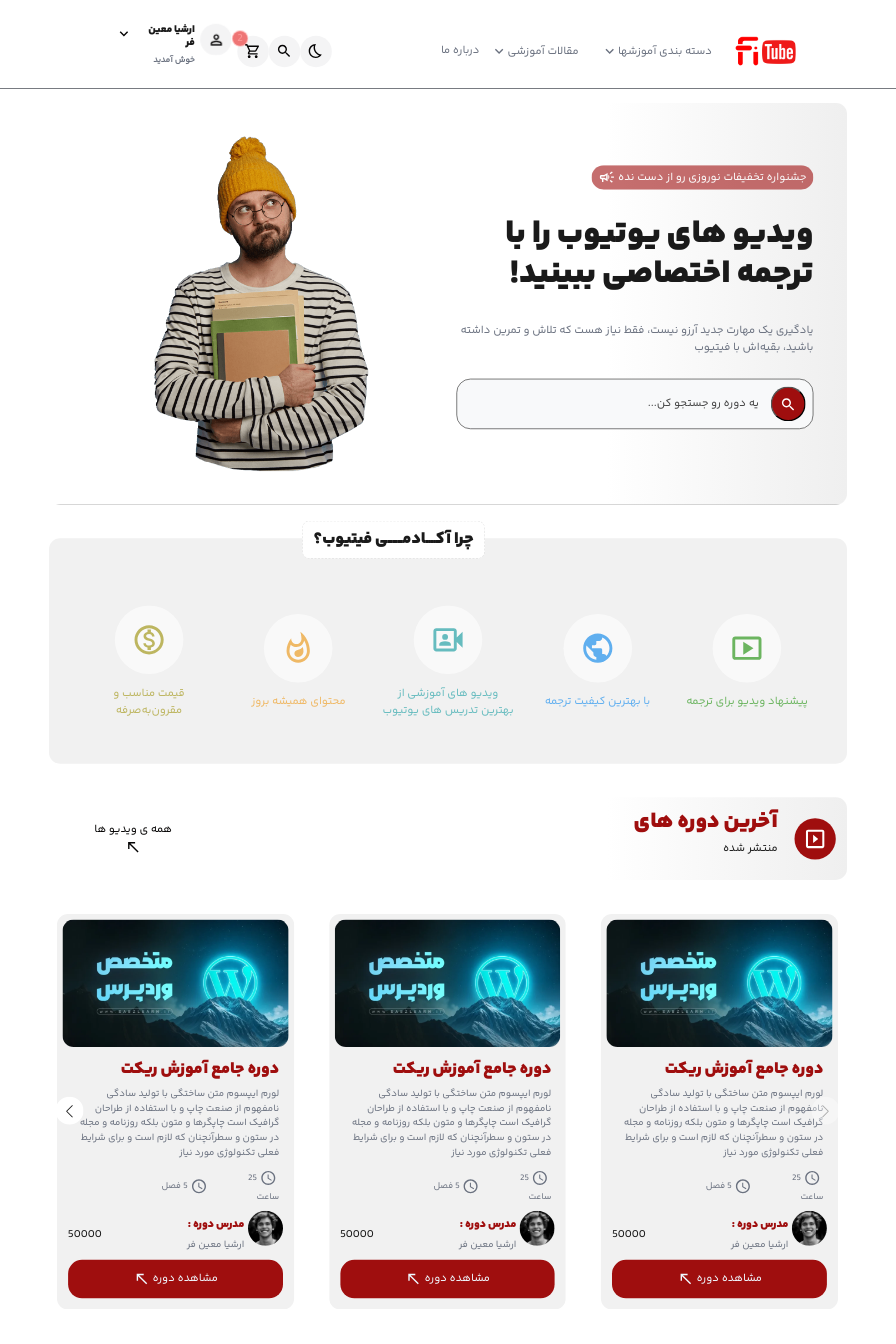
Repository: arshiamoeinfar/fitube
Page: /
The author's editor kept a copy of each file at every save. The page is drawn from the files as they stood at one save, then again after a run of saves.
The browser window is 1280 px wide. The pictures show the part of the page from y = 0 to 1920 px (the page is 2951 px tall before and 2975 px after), at 70% of full size.
The project was rebuilt for these pictures with package versions that can differ from the ones it lists, and the page was loaded fresh each time. Also part of the build but not shown: src/components/LandingCounter/LandingCounter.css, src/components/LandingCounter/LandingCounter.js, src/components/BoxHeader/BoxHeader.jsx, src/components/Category/Category.jsx, src/components/CartPermium/CartPremium.jsx, src/components/BuyPremium/BuyPremium.jsx, src/pages/Login/Login.js, src/components/MovieHeader/VideoPlayer.css and 2 more. Imported but missing from the stored project, and not drawn on this page: src/assets/videos/video5972191431412946595.mp4.

Above is the page before, as saved 2025-04-04 13:21:19.

### src/index.css
@font-face {
    font-family: 'YakanBakh';
    src: url("./assets/fonts/YekanBakh-Black.ttf") format('truetype');
}
@font-face {
    font-family: 'YakanBakhMedium';
    src: url("./assets/fonts/YekanBakh-Regular.ttf") format('truetype');
}


:root{
    --bs-font-bold: 'YakanBakh';
    --bs-font-md: 'YakanBakhMedium';
}
* {
  margin: 0;
  padding: 0;
  box-sizing: border-box;
  direction: rtl;
}

html,
body {
  width: 100%;
  height: 100%;
  margin: 0;
  padding: 0;
  background-color: #00000000;
}

### src/components/DarkMode/DarkMode.jsx
import { useState, useEffect } from "react";
import { IconButton } from "@mui/material";
import { Brightness4, Brightness7 } from "@mui/icons-material";
import BedtimeOutlinedIcon from '@mui/icons-material/BedtimeOutlined';
import WbSunnyOutlinedIcon from '@mui/icons-material/WbSunnyOutlined';
import "./DarkMode.css";
const ThemeToggle = () => {
    const [theme, setTheme] = useState(localStorage.getItem("theme") || "light");

    useEffect(() => {
        document.documentElement.setAttribute("data-bs-theme", theme);
        localStorage.setItem("theme", theme);
    }, [theme]);

    return (
        <IconButton onClick={() => setTheme(theme === "light" ? "dark" : "light")} color="inherit">
            {theme === "light" ? <BedtimeOutlinedIcon /> : <WbSunnyOutlinedIcon />}
        </IconButton>
    );
};

export default ThemeToggle;

### src/components/DarkMode/DarkMode.css

#btn-DarkMode {
  background-color: var(--btn-bg-color);
  color: var(--btn-color);
  border-color: var(--btn-border-color);
}

:root[data-bs-theme="dark"] {
    --bs-body-bg: #0d0d0d; /* پس‌زمینه کاملاً تاریک */
    --bs-body-color: #e0e0e0; /* متن خاکستری روشن برای خوانایی */
    --bs-card-bg: #1a1a1a; /* رنگ کارت‌ها */
    --bs-card-border-color: #333; /* رنگ بردر کارت */
    --bs-btn-bg: #ffffff; /* رنگ دکمه‌ها */
    --bs-btn-border-color: #444;
    --bs-btn-hover-bg: #333;
    --bs-link-color: #9acd32; /* رنگ لینک‌ها */
    --bg-utility-navbar: #1b1b21;
    --bs-submenu-bg: #9f0e0e;
    --bs-menu-bg:#fff;
    --bs-main-color: #15151A;
    --bs-main-color2: #111115;
    --bs-back-main-2:#121218;
    --bs-btn-hover: #600707;
    --bs-text-color: #ffffff;
}
:root[data-bs-theme="light"] {
    --bs-body-bg: #ffffff; /* پس‌زمینه کاملاً تاریک */
    --bs-body-color: #1a1a1a; /* متن خاکستری روشن برای خوانایی */
    --bs-card-bg: #1a1a1a; /* رنگ کارت‌ها */
    --bs-card-border-color: #333; /* رنگ بردر کارت */
    --bs-btn-bg: #050404; /* رنگ دکمه‌ها */
    --bs-btn-border-color: #444;
    --bs-btn-hover-bg: #333;
    --bs-link-color: #9acd32; /* رنگ لینک‌ها */
    --bg-utility-navbar: #f4f4f5;
    --bs-submenu-bg: #9f0e0e;
    --bs-menu-bg:#9f0e0e;
    --bs-main-color: #efefef;
    --bs-main-color2: #f4f4f4;
    --bs-back-main-2:#f1f1f1;
    --bs-btn-hover: #600707;
    --bs-text-color: #9f0e0e;
}

### src/components/Navbar/Navbar.jsx
import React, { useState } from "react";
import { Link } from "react-router-dom";
import { Navbar, Container, Nav, Row, Col } from "react-bootstrap";
import logo from "./../../assets/icons/Logo.png";
import "./Navbar.css";
import SearchIcon from "@mui/icons-material/Search";
import KeyboardArrowDownIcon from "@mui/icons-material/KeyboardArrowDown";
import KeyboardArrowLeftIcon from "@mui/icons-material/KeyboardArrowLeft";
import ShoppingCartOutlinedIcon from "@mui/icons-material/ShoppingCartOutlined";
import PersonOutlineOutlinedIcon from "@mui/icons-material/PersonOutlineOutlined";
import DarkMode from "../DarkMode/DarkMode";
import CloseIcon from "@mui/icons-material/Close";
const Header = () => {
  const [isShowSerachBox, setIsShowSerachBox] = useState(false);
  const [isShowPanelBox, setIsShowPanelBox] = useState(false);

  return (
    <Navbar id="navbar" className="container-fluid px-3 mx-auto ">
      {isShowSerachBox ? (
        <div className="container  p-0 search-box w-100 d-flex justify-content-between align-items-center">
          <div className="contact-email">
            <input type="text" placeholder="نام دوزه یا مقاله را جستجو نمایید..." className="w-100"/>
          </div>
          <div className="icon-close-searchBox" onClick={() => setIsShowSerachBox(false)}>
            <CloseIcon fontSize="medium" />
          </div>
        </div>
      ) : (
        <div
          id="navbar-container"
          className=" d-flex justify-content-between align-items-center mx-auto"
        >
          <div className="row d-flex justify-content-between align-items-center w-100">
            <div className="col-8 d-flex align-items-center justify-content-start">
              <div className="logo">
                <Link to="/">
                  <img className="logo-navbar" src={logo} alt="logo" />
                </Link>
              </div>
              <div className="menus-navbar">
                <Nav
                  id="navbar-menus"
                  className=" d-flex align-items-center justify-content-start mx-3"
                >
                  <div className="menu  d-flex justify-contant-end align-items-end ">
                    <li
                      className=" mx-3 text-decoration-none nav_link"
                      to="#home"
                    >
                      دسته بندی آموزشها
                      <KeyboardArrowDownIcon />
                      <div className="subMenu">
                        <li>
                          برنامه نویسی
                          <KeyboardArrowLeftIcon />
                        </li>
                        <li>
                          برنامه نویسی
                          <KeyboardArrowLeftIcon />
                        </li>
                        <li>
                          برنامه نویسی
                          <KeyboardArrowLeftIcon />
                        </li>
                        <li>
                          برنامه نویسی
                          <KeyboardArrowLeftIcon />
                        </li>
                        <li>
                          برنامه نویسی
                          <KeyboardArrowLeftIcon />
                        </li>
                        <li>
                          برنامه نویسی
                          <KeyboardArrowLeftIcon />
                        </li>
                        <li>
                          برنامه نویسی
                          <KeyboardArrowLeftIcon />
                        </li>
                        <li>
                          برنامه نویسی
                          <KeyboardArrowLeftIcon />
                        </li>
                      </div>
                    </li>
                  </div>
                  <div className="menu  d-flex justify-contant-end align-items-end ">
                    <li
                      className=" mx-3 text-decoration-none nav_link"
                      to="#home"
                    >
                      مقالات آموزشی
                      <KeyboardArrowDownIcon />
                      <div className="subMenu">
                        <li>
                          برنامه نویسی
                          <KeyboardArrowLeftIcon />
                        </li>
                        <li>
                          برنامه نویسی
                          <KeyboardArrowLeftIcon />
                        </li>
                        <li>
                          برنامه نویسی
                          <KeyboardArrowLeftIcon />
                        </li>
                        <li>
                          برنامه نویسی
                          <KeyboardArrowLeftIcon />
                        </li>
                        <li>
                          برنامه نویسی
                          <KeyboardArrowLeftIcon />
                        </li>
                        <li>
                          برنامه نویسی
                          <KeyboardArrowLeftIcon />
                        </li>
                        <li>
                          برنامه نویسی
                          <KeyboardArrowLeftIcon />
                        </li>
                        <li>
                          برنامه نویسی
                          <KeyboardArrowLeftIcon />
                        </li>
                      </div>
                    </li>
                  </div>
                  <li>
                    <Link className="nav_link text-decoration-none" to="/about">
                      درباره ما
                    </Link>
                  </li>
                </Nav>
              </div>
            </div>
            <div className="col-4">
              <div className="utility-bar d-flex justify-content-between align-items-center">
                {/* <img src={moon} alt="" /> */}

                <div className="_icon_Navbar">
                  <DarkMode />
                  {/* <WbSunnyIcon className="" /> */}
                </div>
                <div
                  className="_icon_Navbar"
                  onClick={() => setIsShowSerachBox(true)}
                >
                  <SearchIcon className=" " />
                </div>
                <div className="_icon_Navbar">
                  <ShoppingCartOutlinedIcon className=" " />
                  <span className="number_product reletive">
                    <span class="ping-effect"></span>
                    <span class="relative inline-flex h-5 w-5 bg-blue-500 rounded-full">
                      2
                    </span>
                  </span>
                </div>

                <div className="d-flex" onClick={() => setIsShowPanelBox(!isShowPanelBox)}>
                <div className="_icon_Navbar mx-2">
                  <PersonOutlineOutlinedIcon className=" " />
                </div>
                <div className="userLoginInfo">
                  <h3>ارشیا معین فر</h3>
                  <p>خوش آمدید</p>
                </div>
                <div className="userLoginArrow me-2">
                  <KeyboardArrowDownIcon className="" />
                </div>
                </div>
              </div>
            </div>
          </div>
        </div>
      )}
    </Navbar>
  );
};

export default Header;

### src/components/Mostpopular/Most popular.jsx
import React from "react";
import "./Mostpopular.css";
import SlideshowIcon from "@mui/icons-material/Slideshow";
import NorthWestIcon from '@mui/icons-material/NorthWest';
const MostPopular = () => {
  return (
    <div id="container-most" className="container rounded-4 mt-5 p-3">
      <div className="continer-popular  d-flex justify-content-between">
      <div className="row w-100  d-flex justify-content-between align-items-center">
        <div className="col-10 d-flex align-items-center">
          <div className="icon-popular-bac">
            <SlideshowIcon className="icon-popular" fontSize="large" />
          </div>
          <div className="text-poular me-4">
            <h2>آخرین دوره های</h2>
            <p>منتشر شده</p>
          </div>
        </div>
        <div className="col-2">
          <div className="btn-popular">
            <button className="btn-disabled-hover">همه ی ویدیو ها <NorthWestIcon/></button>
          </div>
        </div>
      </div>

      </div>
    </div>
  );
};

export default MostPopular;

### src/components/Mostpopular/Mostpopular.css

#container-most {
  background: linear-gradient(
    to right,
    var(--bs-body-bg) 0%,
    var(--bs-body-bg) 40%,
    var(--bs-body-bg) 70%,
    var(--bs-main-color2) 90%,
    var(--bs-main-color) 100%
  );

}

.icon-popular-bac{
  padding: 12px;
  border-radius: 50%;
  background-color: #9f0e0e;
}
.icon-popular{
  color: white;
}
.text-poular h2{
  font-family: var(--bs-font-bold);
  color: #9f0e0e;
}
.text-poular p{
  font-family: var(--bs-font-md);
  color: var( --bs-body-color);
}

.text-poular{
  margin-right: 10px;
}

.btn-popular button{
  color: var( --bs-btn-bg);
  background-color: var(--bs-body-bg);
  padding: 10px 13px;
  border-radius: 30px;
  font-family: var(--bs-font-md);
  border: none;
  transition: all 0.3s ease;
}
.btn-popular button:hover{
color: #9f0e0e;
background-color: var(--bs-body-bg);
}

### src/components/CartPermium/CartPremium.css
@font-face {
  font-family: "YakanBakh";
  src: url("../../assets/fonts/YekanBakh-Black.ttf");
}

#container_card {
    width: 100%;
    height: 100%;
    background: linear-gradient(
        to right,
    rgb(189, 2, 2),
    rgba(55, 3, 3, 0.97),
    rgba(44, 8, 8, 0.91),
    rgba(72, 16, 16, 0.799)
    );
    position: relative;
    top: 8rem;
}

.container_card {
  width: 100%;
  height: 100%;
}
#text_card_premium {
  font-size: 2.5rem;
  color: #ffffff;
  font-family: "YakanBakh";
}

### src/components/BuyPremium/BuyPremium.css
@font-face {
  font-family: "YakanBakh";
  src: url("../../assets/fonts/YekanBakh-Black.ttf");
}
@font-face {
  font-family: "YakanBakhMedium";
  src: url("../../assets/fonts/YekanBakh-Regular.ttf");
}

#container {
  margin-top: 10rem;
}

#container_card_buy {
  width: 100%;
  height: 100%;
  background: linear-gradient(
    to right,
    rgba(15, 15, 15, 1),
    rgba(52, 20, 20, 0.97),
    rgba(58, 24, 24, 0.91),
    rgba(232, 8, 8, 0.56)
  );
}

#text_title_card_buy{
    font-size: 2.5rem;
    color: #ffffff;
    font-family: "YakanBakh";
    margin-bottom: 1rem;
}

#text_card_buy{
    font-size: 1rem;
    color: #ffffff;
    font-family: "YakanBakhMedium";
}


#button_card_buy{
    font-size: 1.1rem;
    color: #ffffff;
    font-family: "YakanBakhMedium";
}

### src/components/WayUs/Wayus.css
.title {
  font-family: var(--bs-font-bold);
  background-color: var(--bs-body-bg);
  font-size: 1.5rem;
  border: 1px dashed #e3e3e3;
  width: fit-content;
  margin: auto;
  padding: 8px 15px;
  border-radius: 10px;
  position: absolute;
  transform: translate(-180%, -135%);
}
.features {
  animation: breathEffect 3s infinite ease-in-out;
}
#container-way-us {
  background-color: var(--bs-back-main-2);
}
@keyframes breathEffect {
  0% {
    opacity: 0.6;
  }
  50% {
    opacity: 1;
  }
  100% {
    opacity: 0.6;
  }
}
.circle {
  background-color: var(--bs-body-bg);
}
.circle-1 {
  color: #0b999e;
}
.circle-3 {
  color: #0184ef;
}
.circle-2 {
  color: #158e00;
}
.circle-4 {
  color: #ef940a;
}
.circle-5 {
  color: #9c8f00;
}
.text-WayUs {
  font-family: var(--bs-font-md);
  margin-top: 1rem;
}

### src/components/Comments/Comments.css
/* .container-commment{
    height: 800px;
} */
.logo-comment {
  background-color: #9f0e0e;
  padding: 12px;
  width: 60px;
  height: 60px;
  border-radius: 50%;
}
.icon-comments {
  color: #fff;
}
.title-comment h3 {
  font-family: var(--bs-font-bold);
  color: #9f0e0e;;
}
.title-comment p {
  font-family: var(--bs-font-md);
  color: #6b7280;
}
.box-comments {
  background-color: var(--bs-back-main-2);
}
.box-comment-texts {
  font-family: var(--bs-font-md);
  color: #6b7280;
}
.customer-name {
  font-family: var(--bs-font-bold);
  color: var(--bs-text-color);
}
.customer-course {
  font-family: var(--bs-font-md);
  color: #6b7280;
}
.img-comment-customer {
  width: 50px;
  height: 50px;
  border-radius: 50%;
}

### src/components/BoxHeader/BoxHeader.css

@font-face {
    font-family: "YekanBakh";
    src: url("../../assets/fonts/YekanBakh-ExtraBold.ttf");
}

#boxHeader{
    border-radius: 10px;
    width:fit-content;
    height: fit-content;
    display: flex;
    justify-content: center;
    align-items: center;
    position: absolute;
    top: 50%;
    left: 50%;
    transform: translate(-50%, 20%);
}

.box-header-item{
    width: 200px;
    height: 200px;
    border-radius: 10px;
    display: flex;
    justify-content: center;
    align-items: center;
    flex-direction: column;
    text-align: center;
    color: black;
    font-family: "YekanBakh";
}

.landing-status__text{
    font-size: 20px;
    font-weight: 500;
    color: #898989;
}

Loaded but not shown: public/index.html (common file); src/index.js (common file); src/pages/Index/Index.js (24 lines, source omitted); src/App.js (19 lines, source omitted); src/routes.js (9 lines, source omitted); src/components/BoxCourses/BoxCourses.jsx (256 lines, source omitted); src/components/Footer/Footer.jsx (150 lines, source omitted); src/components/Comments/Comments.jsx (85 lines, source omitted); src/components/Navbar/Navbar.css (166 lines, source omitted); src/components/WayUs/Wayus.jsx (66 lines, source omitted); src/components/Footer/Footer.css (137 lines, source omitted); src/components/BoxCourses/BoxCourses.css (85 lines, source omitted); src/components/Category/Category.css (71 lines, source omitted); src/components/Header/Header.css (80 lines, source omitted); src/components/Header/Header.jsx (37 lines, source omitted)

After the next 2 saves:
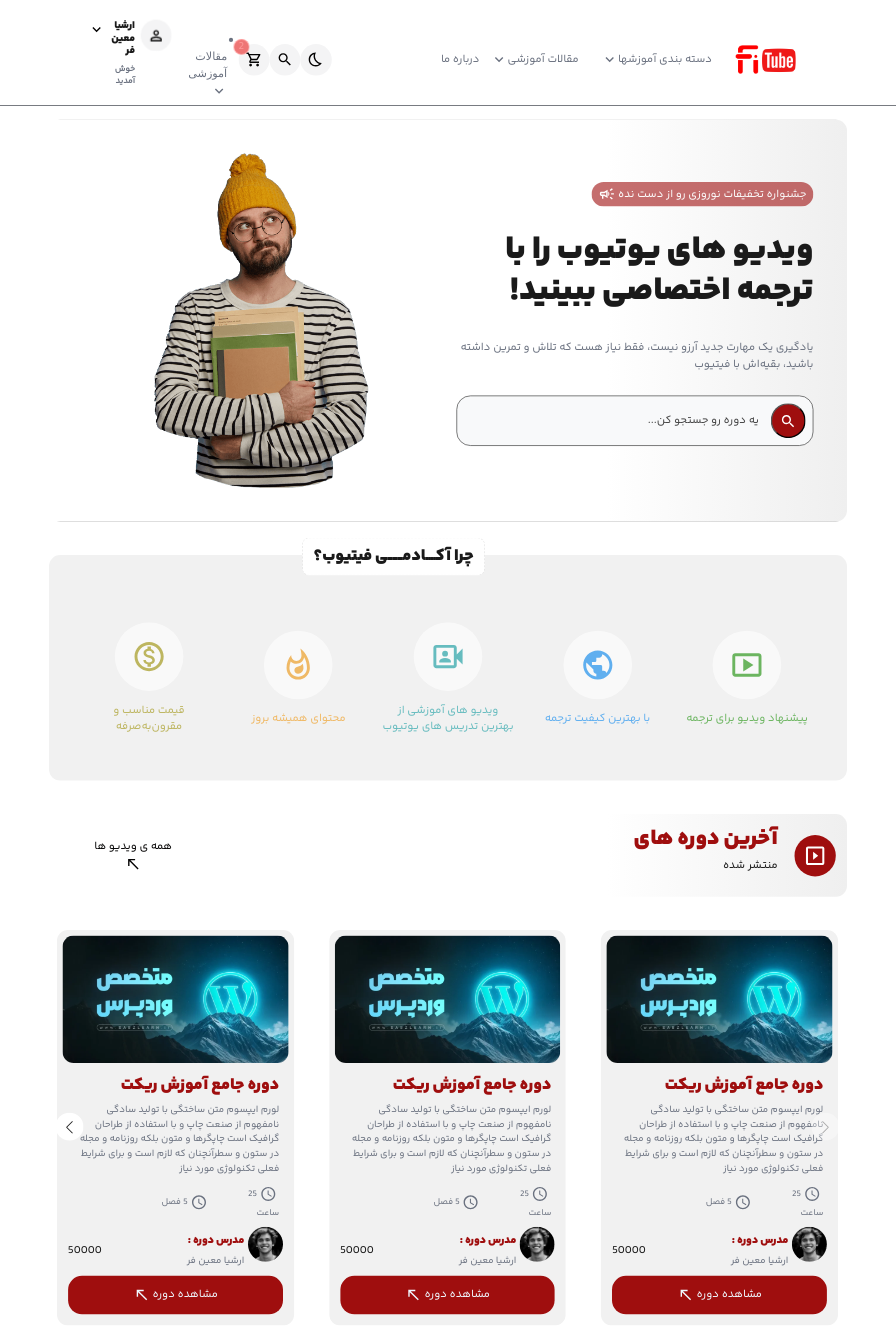
The 2 saves are shown as one change because they came seconds apart.
The last was saved 13 s later.
--- a/src/components/Navbar/Navbar.jsx
+++ b/src/components/Navbar/Navbar.jsx
@@ -161,6 +161,49 @@
                 </div>
 
                 <div className="d-flex" onClick={() => setIsShowPanelBox(!isShowPanelBox)}>
+                <div className="menu  d-flex justify-contant-end align-items-end ">
+                    <li
+                      className=" mx-3 text-decoration-none nav_link"
+                      to="#home"
+                    >
+                      مقالات آموزشی
+                      <KeyboardArrowDownIcon />
+                      <div className="subMenu">
+                        <li>
+                          برنامه نویسی
+                          <KeyboardArrowLeftIcon />
+                        </li>
+                        <li>
+                          برنامه نویسی
+                          <KeyboardArrowLeftIcon />
+                        </li>
+                        <li>
+                          برنامه نویسی
+                          <KeyboardArrowLeftIcon />
+                        </li>
+                        <li>
+                          برنامه نویسی
+                          <KeyboardArrowLeftIcon />
+                        </li>
+                        <li>
+                          برنامه نویسی
+                          <KeyboardArrowLeftIcon />
+                        </li>
+                        <li>
+                          برنامه نویسی
+                          <KeyboardArrowLeftIcon />
+                        </li>
+                        <li>
+                          برنامه نویسی
+                          <KeyboardArrowLeftIcon />
+                        </li>
+                        <li>
+                          برنامه نویسی
+                          <KeyboardArrowLeftIcon />
+                        </li>
+                      </div>
+                    </li>
+                  </div>
                 <div className="_icon_Navbar mx-2">
                   <PersonOutlineOutlinedIcon className=" " />
                 </div>

After the save that followed:
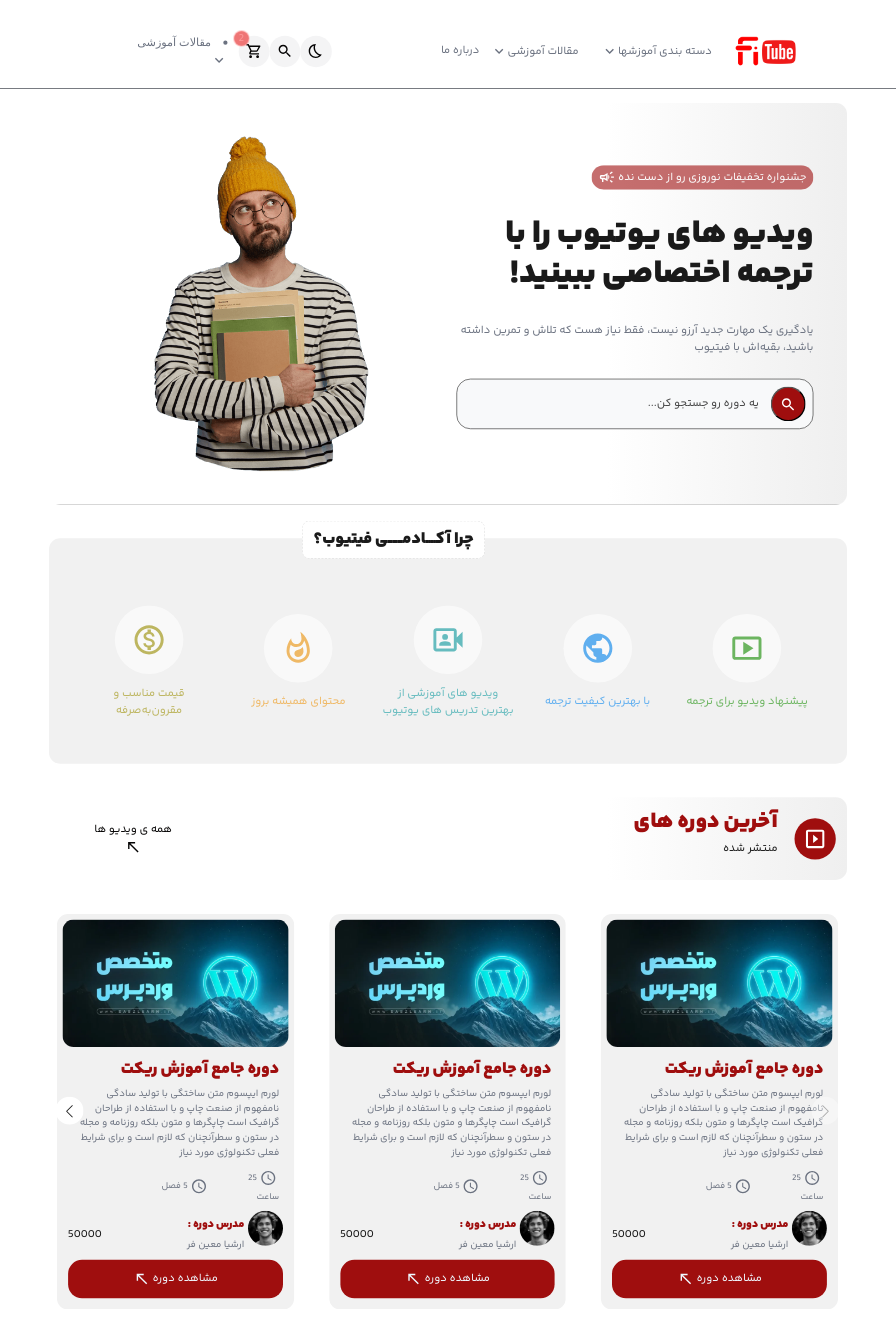
Saved 24 s later.
--- a/src/components/Navbar/Navbar.jsx
+++ b/src/components/Navbar/Navbar.jsx
@@ -204,16 +204,7 @@
                       </div>
                     </li>
                   </div>
-                <div className="_icon_Navbar mx-2">
-                  <PersonOutlineOutlinedIcon className=" " />
-                </div>
-                <div className="userLoginInfo">
-                  <h3>ارشیا معین فر</h3>
-                  <p>خوش آمدید</p>
-                </div>
-                <div className="userLoginArrow me-2">
-                  <KeyboardArrowDownIcon className="" />
-                </div>
+
                 </div>
               </div>
             </div>
